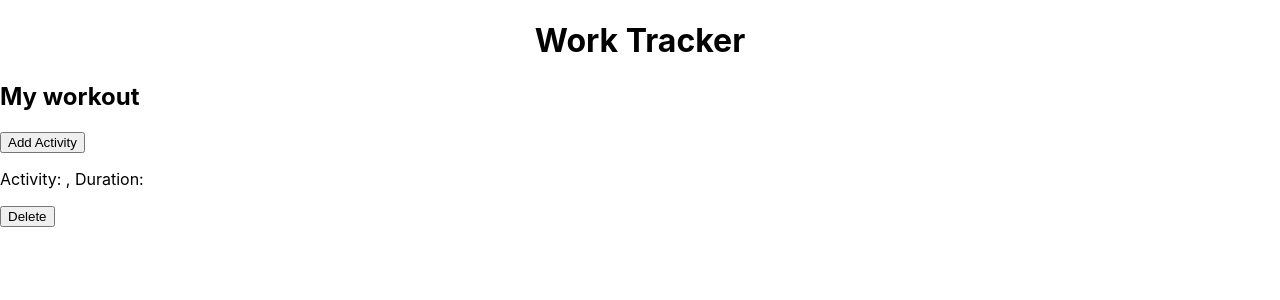
Repository: sudhakaryadav07/react-hooks
Page: /
An editor plug-in stored every save of this project. The page is shown before and after the next save, followed by the edit.
The browser window is 1280 px wide. The pictures show the whole page.
The project was rebuilt for these pictures with package versions that can differ from the ones it lists, and the page was loaded fresh each time.

Above is the page before, as saved 2021-03-25 11:17:02.

After the next save:
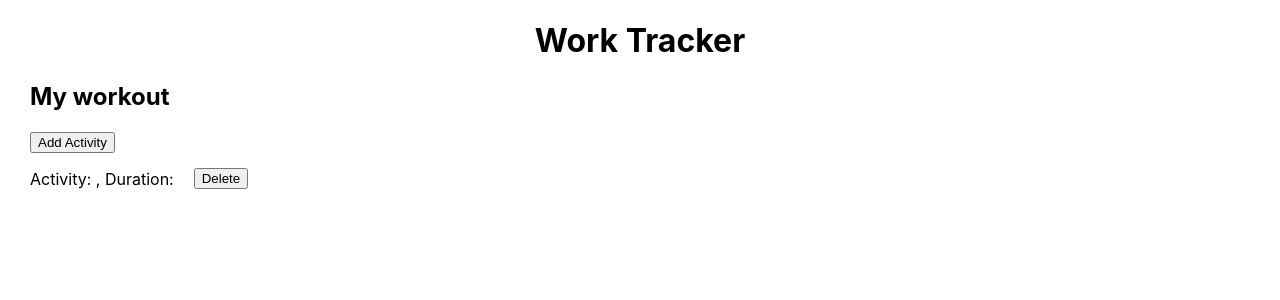
Saved 18 s later.
--- a/src/components/Workouts.js
+++ b/src/components/Workouts.js
@@ -3,7 +3,7 @@ import Activity from './Activity';
 
 const Workouts = () => {
     return (
-        <div className="workout-wrapper">
+        <div className="workouts-wrapper">
             <h2>My workout</h2>
             <button>Add Activity</button>
             <Activity />
